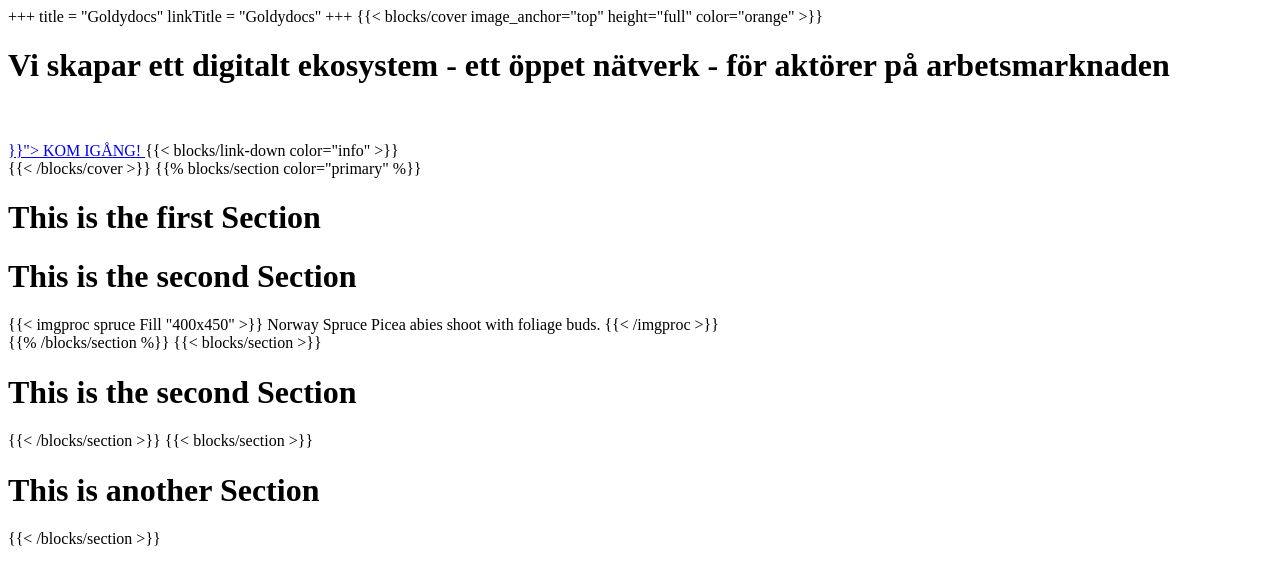
Repository: rudasn/docsy-cms-netlify
Page: content/sv/_index.html
These files come from the project's save history. The page is drawn as it stood at one moment and after the next save; the edit follows.
The browser window is 1280 px wide. The pictures show the whole page.

Above is the page before, as saved 2021-05-07 08:17:40.

After the next save:
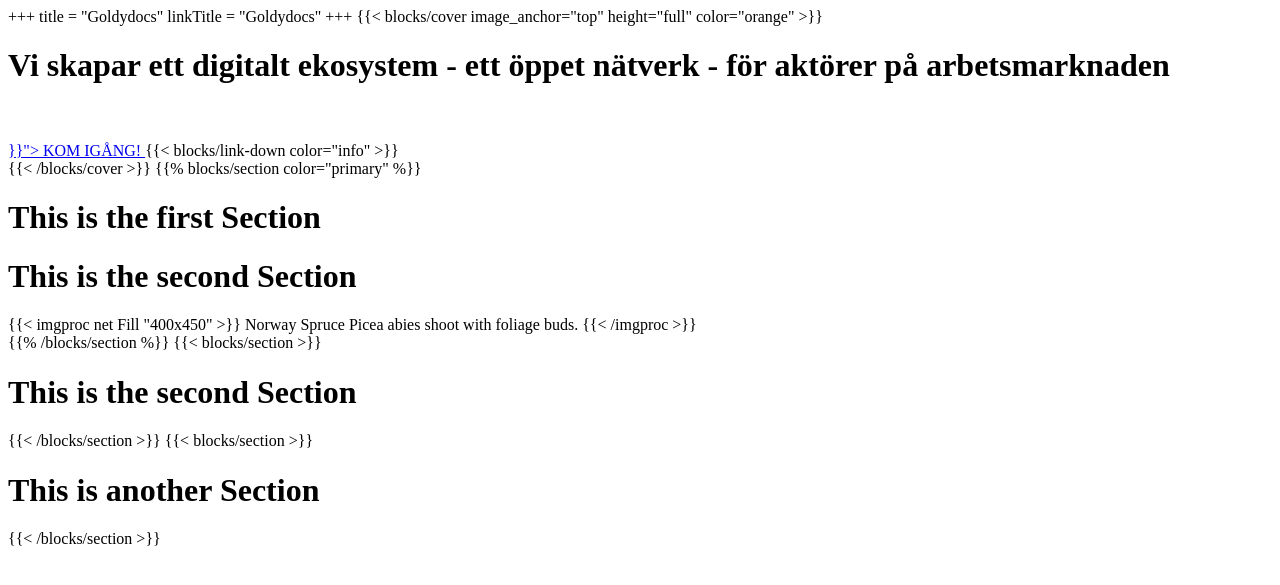
Saved 13 s later.
--- a/content/sv/_index.html
+++ b/content/sv/_index.html
@@ -26,7 +26,7 @@ linkTitle = "Goldydocs"
 
 <div class="col-4">
 	<h1 class="text-right">This is the second Section</h1>
-	{{< imgproc spruce Fill "400x450" >}}
+	{{< imgproc net Fill "400x450" >}}
 Norway Spruce Picea abies shoot with foliage buds.
 {{< /imgproc >}}
 </div>
